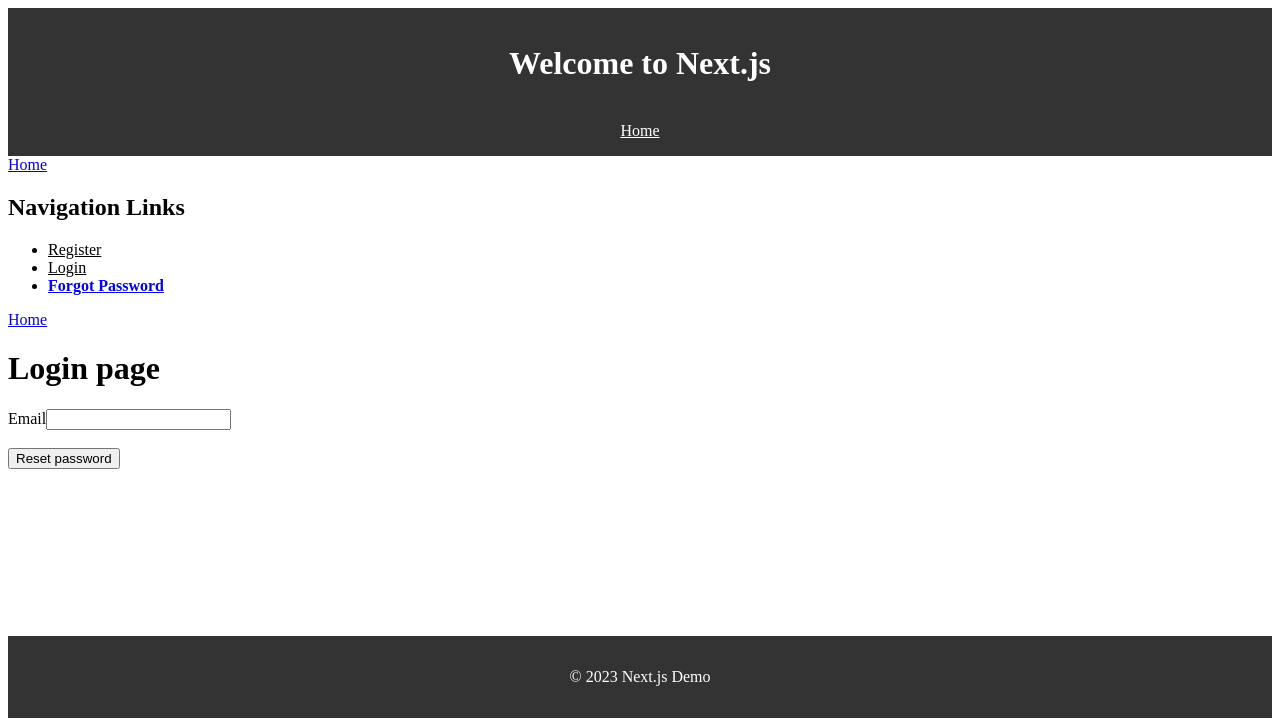
Repository: JasonMorta/NextJs-13_Basics
Page: /forgot-password (app in NEXTJS15/next13-demo/)
These files come from the project's save history. The page is drawn as it stood at one moment and after the next save; the edit follows.
The browser window is 1280 px wide. The pictures show the whole page.
The project was rebuilt for these pictures with package versions that can differ from the ones it lists, and the page was loaded fresh each time. The framework's server and built-in components were replaced by stand-ins that run in the browser. Also part of the build but not shown: NEXTJS15/next13-demo/next.config.ts.

Above is the page before, as saved 2025-03-03 10:00:51.

### NEXTJS15/next13-demo/src/app/layout.tsx
import Link from "next/link";

export const metadata = {
  title: "Next.js",
  description: "Generated by Next.js",
};

export default function AuthLayout({children,}: {children: React.ReactNode}) {
  return (
    <html lang="en">
      <body>
        <header style={{ backgroundColor: '#333', color: '#fff', padding: '1rem', textAlign: 'center' }}>
          <h1>Welcome to Next.js</h1>
          <br />
          <Link style={{color:'white'}} href="/">Home</Link>
        </header>

        <main style={{
          minHeight: 'calc(80vh - 6rem)',
        }}>{children}</main>

        <footer style={{ backgroundColor: '#333', color: '#fff', padding: '1rem', textAlign: 'center', marginTop: 'auto' }}>
          <p>&copy; 2023 Next.js Demo</p>
        </footer>
      </body>
    </html>
  );
}

### NEXTJS15/next13-demo/src/app/(auth)/layout.tsx
"use client";
import Link from "next/link"
import { usePathname } from "next/navigation";

export default function AuthLayout({ children, }: { children: React.ReactNode }) {

  const pathName = usePathname()


  const navLinks = [
    { href: `/register`, name: `Register` },
    { href: `/login`, name: `Login` },
    { href: `/forgot-password`, name: `Forgot Password` }
  ]
  return (
    <>
      <Link href="/">Home</Link><br />
      <h2>Navigation Links</h2>
      <ul>
        {navLinks.map((link, index) => {
          const isActive = pathName === link.href

          return (<li key={index}>
            <Link
              style={{
                fontWeight: isActive ? `bold` : `normal`,
                color: isActive ? `blue` : `black`
              }}
              href={link.href}>
              {link.name}
            </Link>
          </li>)

        })}
      </ul>

      {children}
    </>
  )
}

### NEXTJS15/next13-demo/src/app/(auth)/forgot-password/page.tsx
import Link from 'next/link'
import React from 'react'

export default function forgotPassword() {
  return (
    <>
    <Link href="/">Home</Link><br />
    <h1>Login page</h1>
    <form>
      <label htmlFor="email">Email</label>
      <input type="email" id="email" name="email" />
      <br />
      <br />

      <button type="submit">Reset password</button>
    </form>
    </>
  )
}

After the next save:
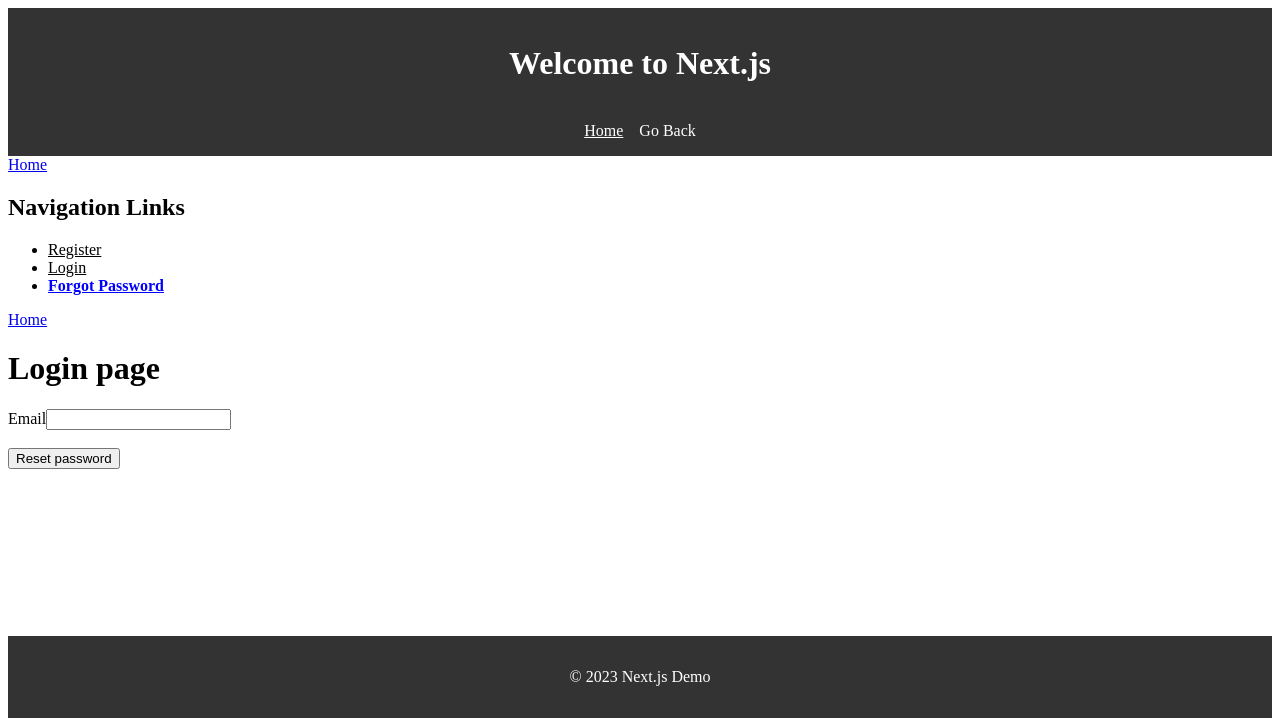
Saved 2 min 53 s later.
--- a/NEXTJS15/next13-demo/src/app/layout.tsx
+++ b/NEXTJS15/next13-demo/src/app/layout.tsx
@@ -1,18 +1,22 @@
 import Link from "next/link";
+import { useRouter } from "next/router";
 
 export const metadata = {
   title: "Next.js",
   description: "Generated by Next.js",
 };
 
-export default function AuthLayout({children,}: {children: React.ReactNode}) {
+export default function AuthLayout({ children }: { children: React.ReactNode }) {
+  const router = useRouter();
+
   return (
     <html lang="en">
       <body>
         <header style={{ backgroundColor: '#333', color: '#fff', padding: '1rem', textAlign: 'center' }}>
           <h1>Welcome to Next.js</h1>
           <br />
-          <Link style={{color:'white'}} href="/">Home</Link>
+          <Link style={{ color: 'white', marginRight: '1rem' }} href="/">Home</Link>
+          <a style={{ color: 'white', cursor: 'pointer' }} onClick={() => router.back()}>Go Back</a>
         </header>
 
         <main style={{
